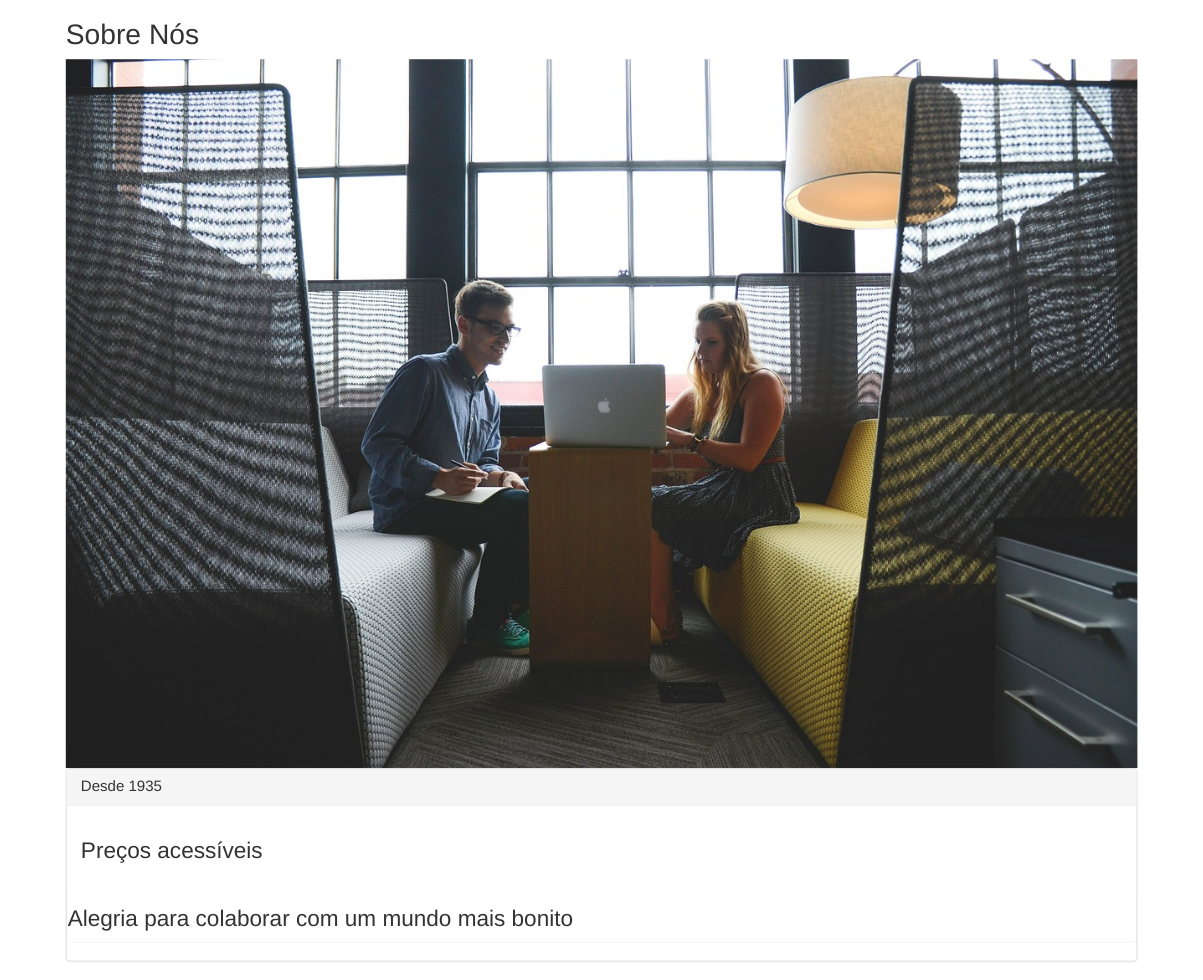
Repository: daviemer/bootstrap-alura
Page: index2.html
An editor plug-in stored every save of this project. The page is shown before and after the next save, followed by the edit.
The browser window is 1280 px wide. The pictures show the whole page, at 94% of full size.

Above is the page before, as saved 2022-07-08 10:43:49.

### index2.html
<!DOCTYPE html>
<html lang="pt-br">
<head>
  <meta charset="UTF-8">
  <meta http-equiv="X-UA-Compatible" content="IE=edge">
  <meta name="viewport" content="width=device-width, initial-scale=1.0">
  <title>Document</title>
  <link rel="stylesheet" href="bootstrap/css/bootstrap.min.css" type="text/css">
</head>
<body>
  <div class="container">
    <h2>Sobre Nós</h2>
    <img class="img-responsive" src="assets/img/empresa.jpg" alt="">
    <div class="panel panel-default">
      <div class="panel-heading">
        <h3 class="panel-title" data-toggle="collapse" data-target="#primeiro-paragrafo">Desde 1935</h3>
        <div>
          <p id="primeiro-paragrafo" class="collapse">A TopCasaFina arquitetura está no mercado desde</p>
        </div>
      </div>
      <div class="panel-body">
        <h3 data-toggle="collapse" data-target="#segundo-paragrafo">Preços acessíveis</h3>
        <div>
          <p id="segundo-paragrafo" class="collapse">A TopCasaFina arquitetura está no mercado desde</p>
        </div>
      </div>
      <div class="panel">
        <h3 data-toggle="collapse" data-target="#terceiro-paragrafo">Alegria para colaborar com um mundo mais bonito</h3>
        <div>
          <p id="terceiro-paragrafo" class="collapse">A TopCasaFina arquitetura está no mercado desde</p>
        </div>
    </div>
  </div>

  </div>
<script src="jquery.js"></script>
<script src="bootstrap/js/bootstrap.min.js"></script>
</body>
</html>

Loaded but not shown: bootstrap/css/bootstrap.min.css (library); jquery.js (library); bootstrap/js/bootstrap.min.js (library)

After the next save:
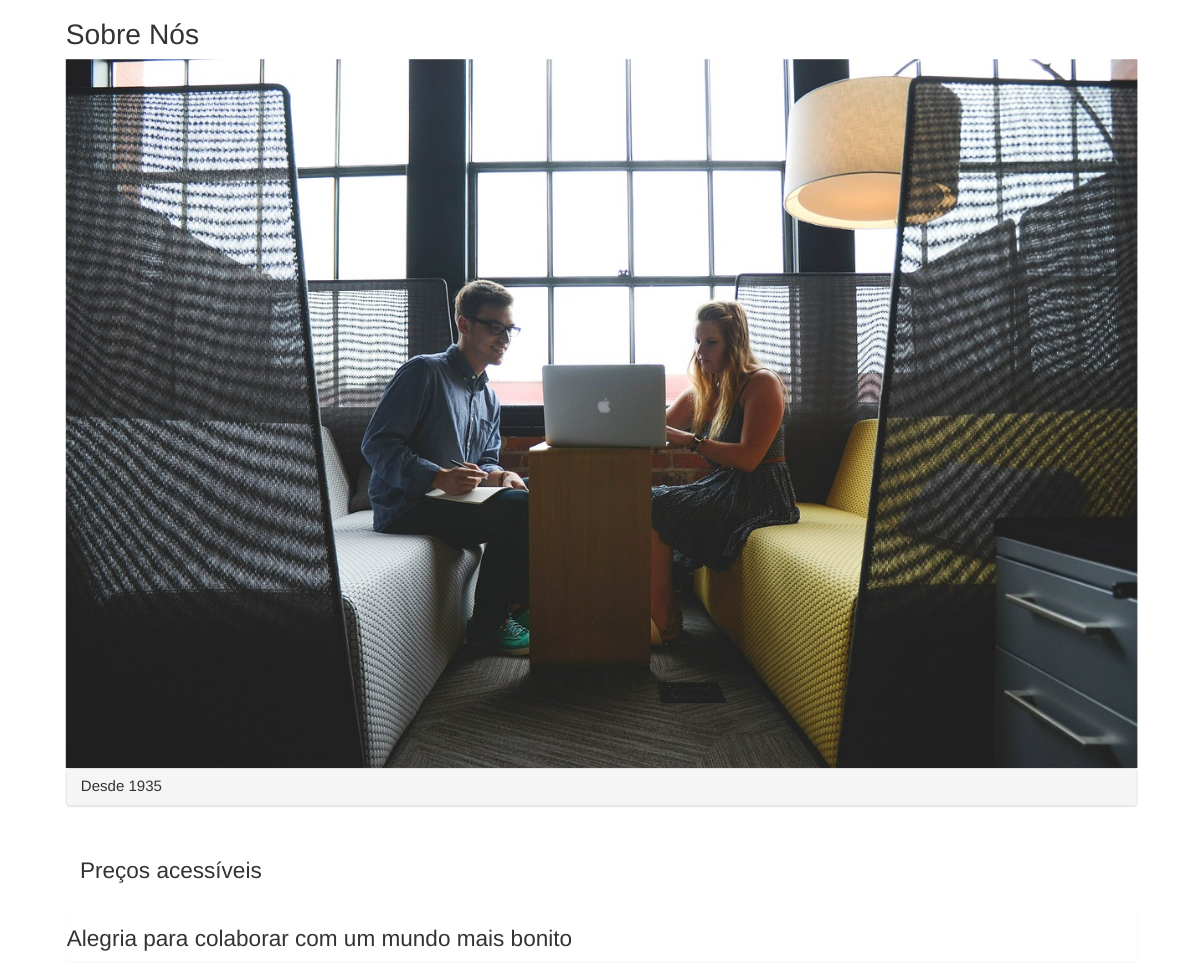
Saved 90 s later.
--- a/index2.html
+++ b/index2.html
@@ -14,22 +14,25 @@
     <div class="panel panel-default">
       <div class="panel-heading">
         <h3 class="panel-title" data-toggle="collapse" data-target="#primeiro-paragrafo">Desde 1935</h3>
+      </div>
         <div>
           <p id="primeiro-paragrafo" class="collapse">A TopCasaFina arquitetura está no mercado desde</p>
         </div>
-      </div>
+    </div>
       <div class="panel-body">
         <h3 data-toggle="collapse" data-target="#segundo-paragrafo">Preços acessíveis</h3>
+      </div>
         <div>
           <p id="segundo-paragrafo" class="collapse">A TopCasaFina arquitetura está no mercado desde</p>
         </div>
-      </div>
+
       <div class="panel">
         <h3 data-toggle="collapse" data-target="#terceiro-paragrafo">Alegria para colaborar com um mundo mais bonito</h3>
+      </div>
         <div>
           <p id="terceiro-paragrafo" class="collapse">A TopCasaFina arquitetura está no mercado desde</p>
         </div>
-    </div>
+
   </div>
 
   </div>
